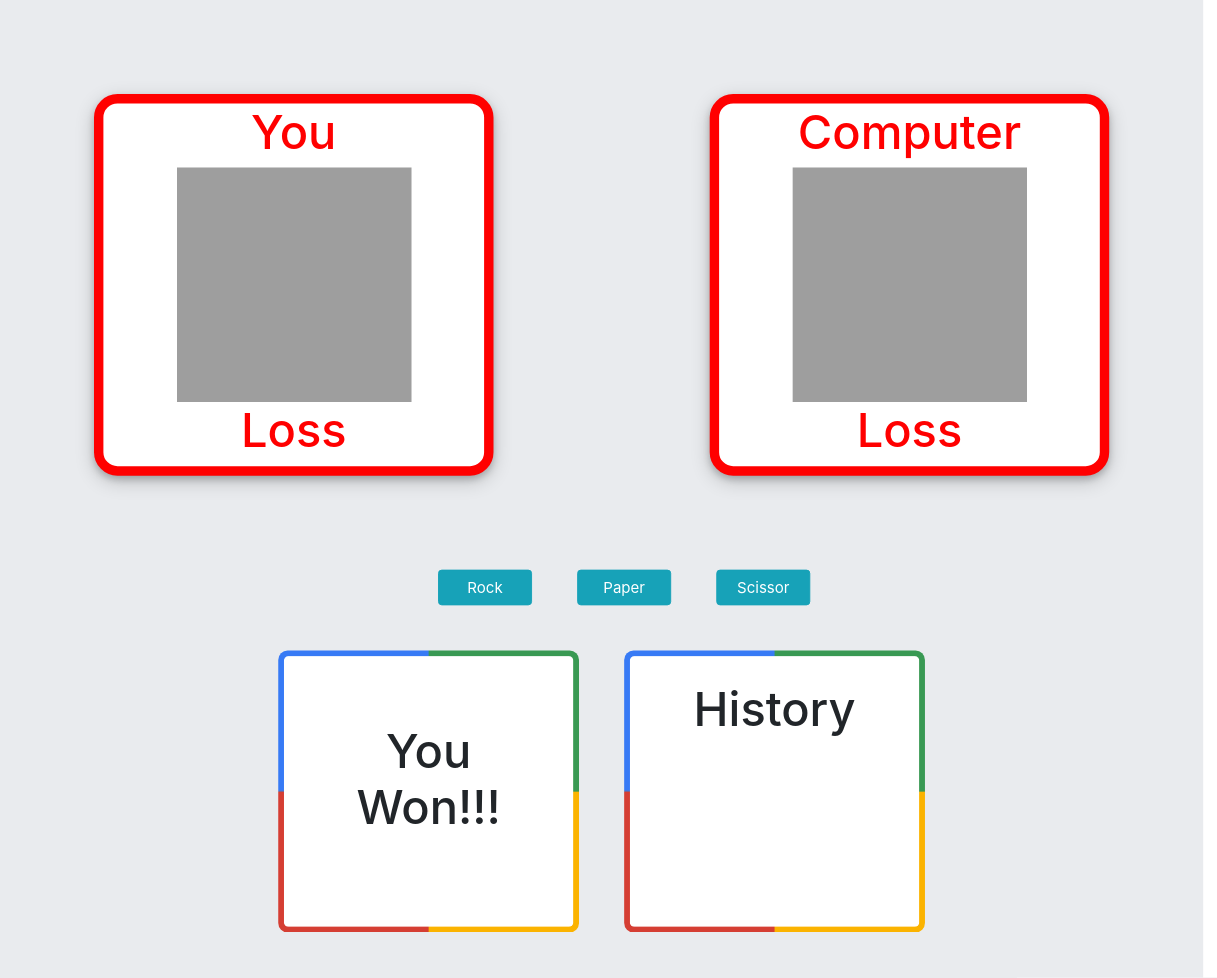
Repository: tts2610/React-Intro
Page: /
These files come from the project's save history. The page is drawn as it stood at one moment and after the next save; the edit follows.
The browser window is 1280 px wide. The page is 1295 px wide, so the pictures cover 1295 px, including what lies to the right of the window. The pictures show the whole page, at 94% of full size.
Pictures or frames that could not be fetched are drawn as grey boxes. Some web libraries are served in a nearby version. The project was rebuilt for these pictures with package versions that can differ from the ones it lists, and the page was loaded fresh each time.

Above is the page before, as saved 2020-05-26 23:37:15.

After the next save:
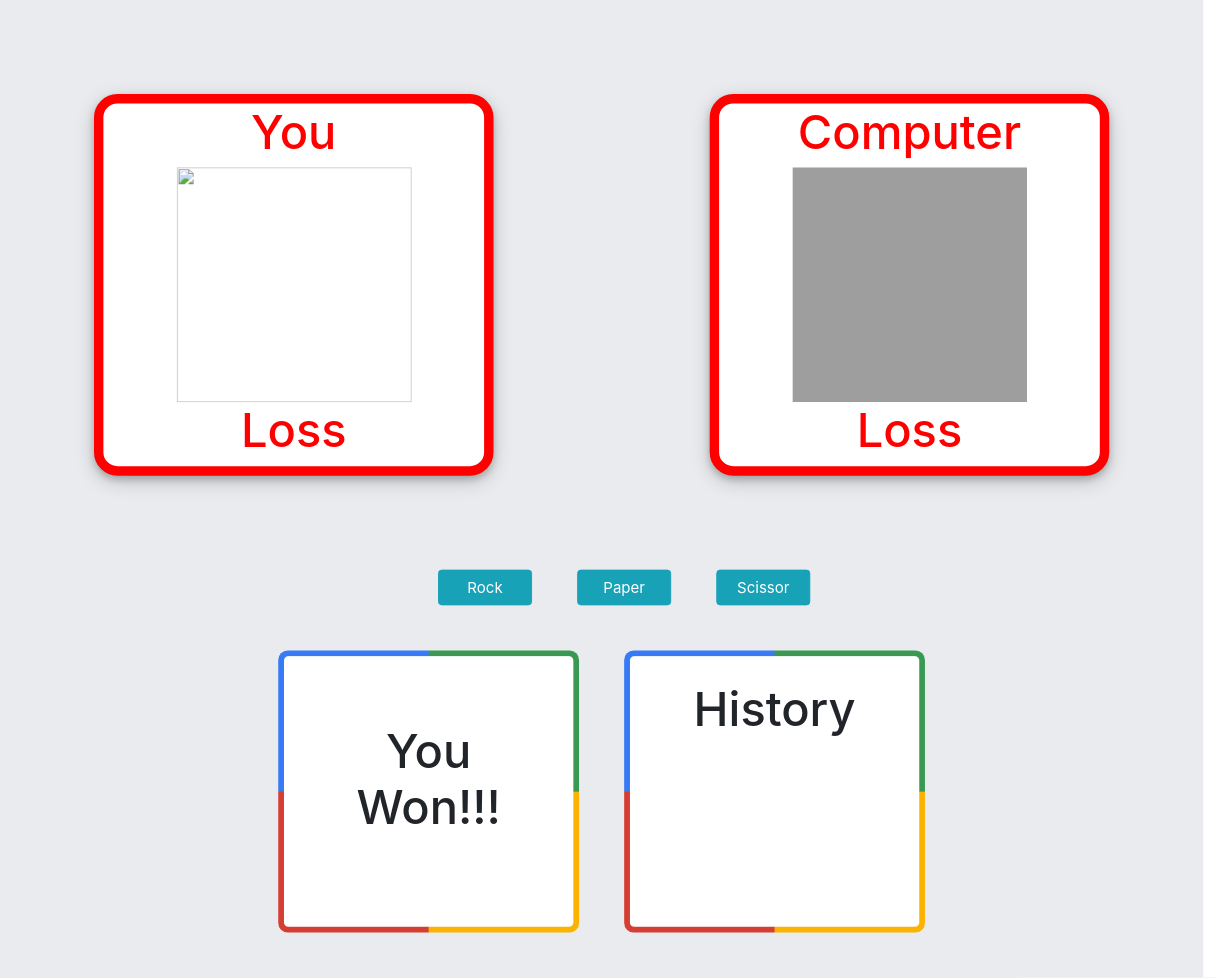
Saved 14 s later.
--- a/src/App.js
+++ b/src/App.js
@@ -61,7 +61,7 @@ export default class App extends Component{
       <div className="App">
         <div className="row">
           <div className="col-6">
-              <ChoiceCard title="You" winner="" imgURL={this.state.me.imgURL} />
+              <ChoiceCard title="You" winner="" imgURL="" />
           </div>
           <div className="col-6">
               <ChoiceCard title="Computer" winner={this.state.computer.winner} imgURL={this.state.computer.imgURL}/>
